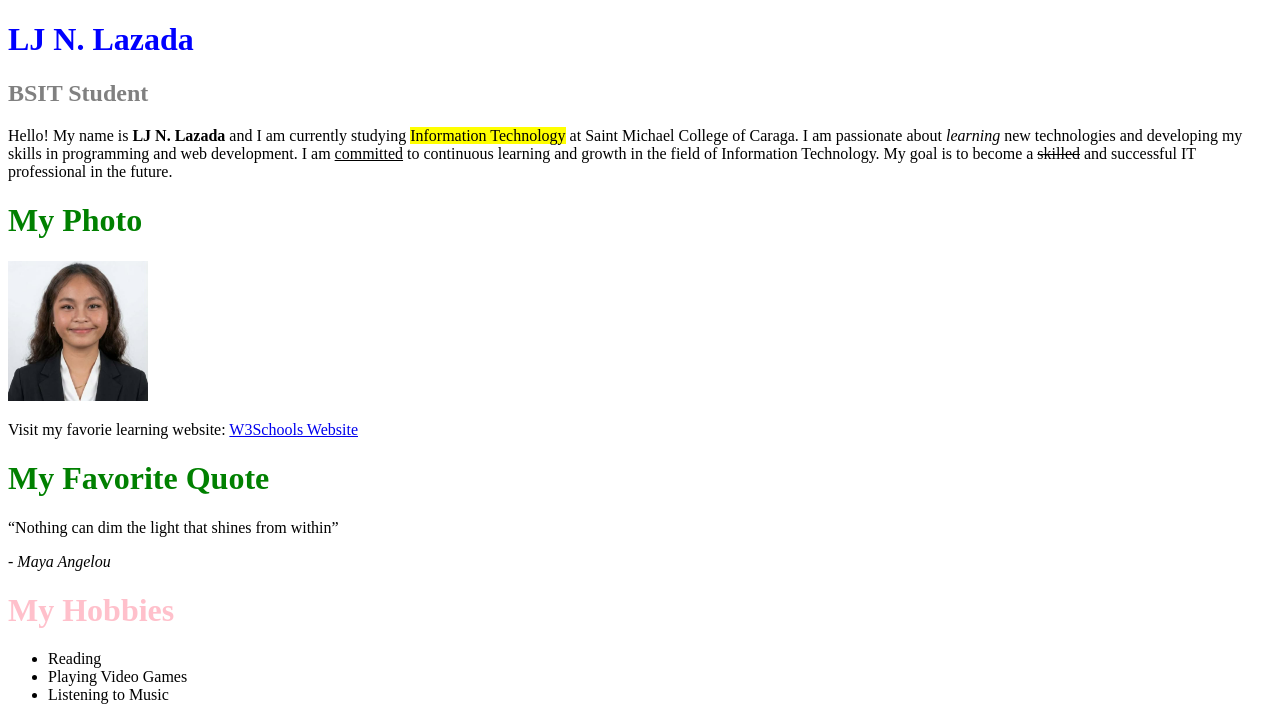
Repository: ljlazada11/myfirsthtml
Page: index.html
These files come from the project's save history. The page is drawn as it stood at one moment and after the next save; the edit follows.
The browser window is 1280 px wide. The pictures show the whole page.

Above is the page before, as saved 2026-06-24 19:53:54.

### index.html
<!DOCTYPE html>
<html lang="en">
<head>
    <meta charset="UTF-8">
    <meta name="viewport" content="width=device-width, initial-scale=1.0">
    <title>My Personal Web Profile</title>
    <link rel="icon" type="image/x-icon" href="images.png">

</head>
<body>
    <h1 style="color:blue;">LJ N. Lazada</h1>
    <h2 style="color:gray;">BSIT Student</h2>
    <p>Hello! My name is <strong>LJ N. Lazada</strong> and I am currently studying <mark>Information Technology</mark> at Saint Michael College of Caraga. I am passionate about <i>learning</i> new technologies and developing my skills in programming and web development. I am <ins>committed</ins> to continuous learning and growth in the field of Information Technology. My goal is to become a <del>skilled</del> and successful IT professional in the future.</p>
</body>
    <h1 style="color:green;">My Photo</h1>
    <img src="pic.jpg" alt="My	Profile	Picture" width="140" height="140">
    <p> Visit my favorie learning website: <a href="https://www.w3schools.com/html/default.asp" target="_blank">W3Schools	Website</a></p>

<body>
    <h1 style="color:green;">My Favorite Quote</h1>
    <p><q>Nothing can dim the light that shines from within</q></p>
    <p><cite>- Maya Angelou</cite></p>
</body>
<body>
    <h1 style="color:pink;">My Hobbies</h1>
    <ul>
        <li>Reading</li>
        <li>Playing Video Games</li>
        <li>Listening to Music</li>
    </ul>
</body>


</html>

After the next save:
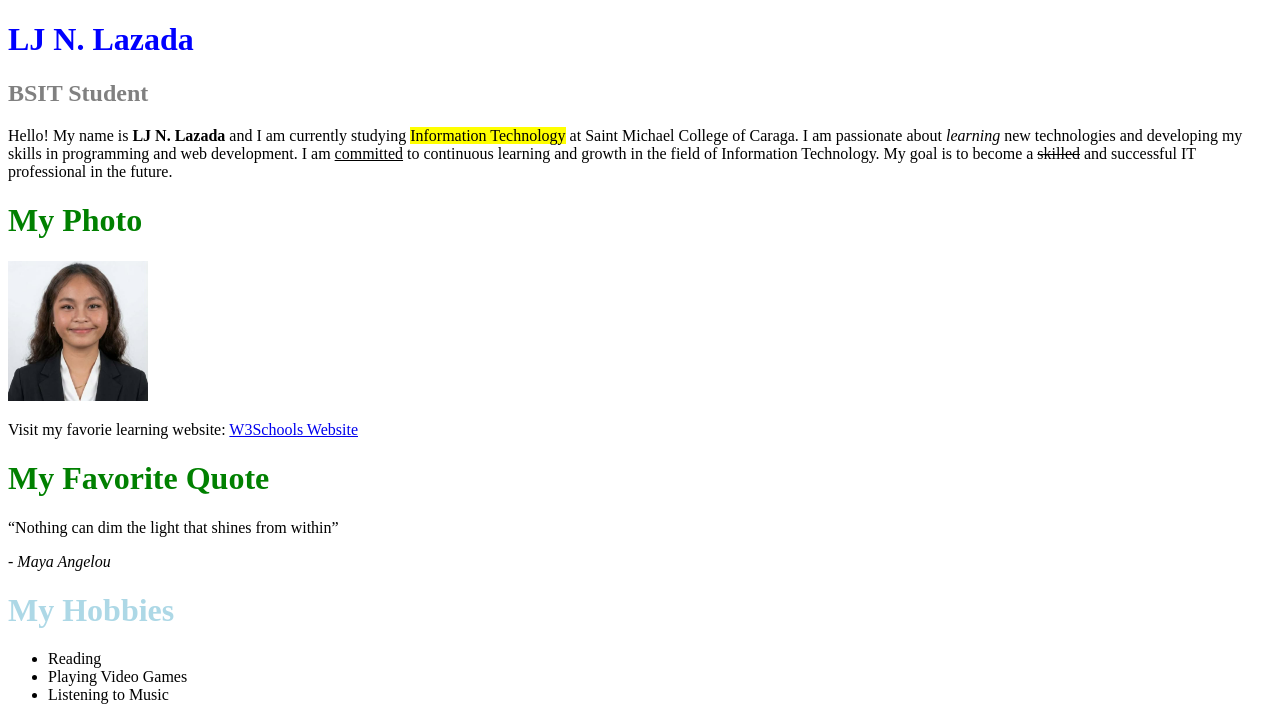
Saved 29 s later.
--- a/index.html
+++ b/index.html
@@ -22,7 +22,7 @@
     <p><cite>- Maya Angelou</cite></p>
 </body>
 <body>
-    <h1 style="color:pink;">My Hobbies</h1>
+    <h1 style="color:lightblue;">My Hobbies</h1>
     <ul>
         <li>Reading</li>
         <li>Playing Video Games</li>
